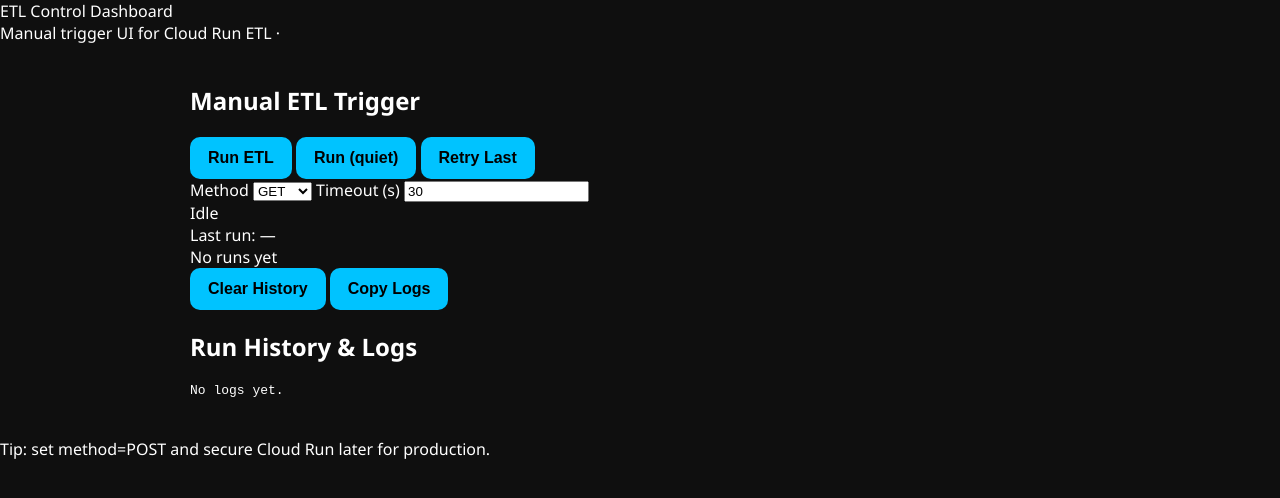
Repository: kbruhadesh/etl_files
Page: public/index.html
An editor plug-in stored every save of this project. The page is shown before and after the next save, followed by the edit.
The browser window is 1280 px wide. The pictures show the whole page.

Above is the page before, as saved 2025-11-25 01:06:20.
Console error: TypeError: Cannot read properties of null (reading 'addEventListener')

After the next save:
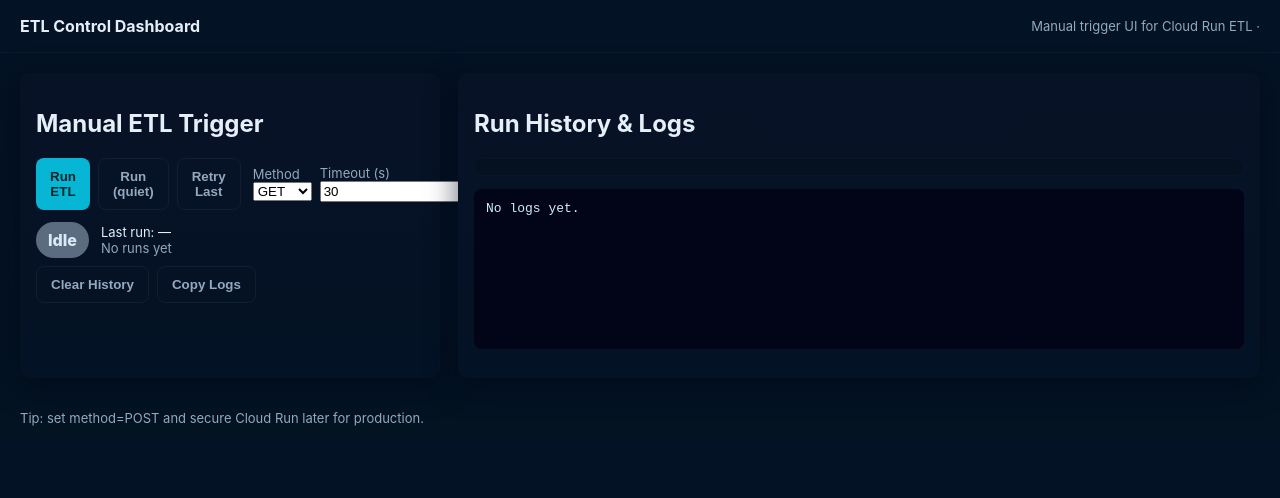
Saved 9 s later.
--- a/public/style.css
+++ b/public/style.css
@@ -1,71 +1,31 @@
-body {
-  margin: 0;
-  background: #0f0f0f;
-  font-family: "Segoe UI", sans-serif;
-  color: #fff;
+:root{
+  --bg:#071022; --card:#081226; --muted:#94a8bf; --accent:#06b6d4;
+  --ok:#0c934f; --fail:#aa2230; --wait:#5b6b80;
+  font-family: Inter, system-ui, -apple-system, "Segoe UI", Roboto, Arial;
 }
-
-/* NAVBAR */
-.navbar {
-  background: #111;
-  padding: 18px 25px;
-  font-size: 22px;
-  font-weight: 600;
-  box-shadow: 0 2px 10px rgba(0,0,0,0.4);
-}
-
-.container {
-  width: 90%;
-  max-width: 900px;
-  margin: 40px auto;
-}
-
-.card {
-  background: #1b1b1b;
-  padding: 25px;
-  margin-bottom: 25px;
-  border-radius: 12px;
-  box-shadow: 0 0 20px rgba(0,0,0,0.3);
-}
-
-.card h2 {
-  margin-top: 0;
-  color: #00c3ff;
-}
-
-button {
-  padding: 12px 18px;
-  font-size: 16px;
-  font-weight: bold;
-  border: none;
-  border-radius: 10px;
-  background: #00c3ff;
-  cursor: pointer;
-  transition: 0.2s;
-}
-
-button:hover {
-  background: #009dcc;
-}
-
-.status-box {
-  margin-top: 15px;
-  padding: 12px;
-  background: #222;
-  border-radius: 8px;
-  font-size: 14px;
-  border-left: 4px solid #00c3ff;
-}
-
-.logs-card {
-  max-height: 300px;
-  overflow-y: auto;
-}
-
-#logOutput {
-  background: #111;
-  padding: 15px;
-  border-radius: 8px;
-  white-space: pre-wrap;
-  font-size: 14px;
-}
+*{box-sizing:border-box}
+body{margin:0;background:linear-gradient(180deg,#041225 0,#031322 100%);color:#e6eef8}
+.topbar{padding:16px 20px;border-bottom:1px solid rgba(255,255,255,0.03);display:flex;justify-content:space-between;align-items:center}
+.title{font-weight:700}
+.meta{font-size:13px;color:var(--muted)}
+.container{display:grid;grid-template-columns:420px 1fr;gap:18px;padding:20px}
+.panel{background:linear-gradient(180deg,var(--card),#031224);border-radius:10px;padding:16px;box-shadow:0 8px 30px rgba(2,6,23,0.6)}
+.controls{display:flex;justify-content:space-between;align-items:center;gap:12px;margin-bottom:12px}
+.btn{padding:10px 14px;border-radius:8px;border:0;cursor:pointer;font-weight:700}
+.btn.primary{background:var(--accent);color:#012529}
+.btn.ghost{background:transparent;border:1px solid rgba(255,255,255,0.05);color:var(--muted)}
+.left{display:flex;gap:8px}
+.right{display:flex;gap:8px;align-items:center}
+.small{font-size:13px;color:var(--muted)}
+.status-row{display:flex;align-items:center;gap:12px;margin:8px 0}
+.status{padding:8px 12px;border-radius:999px;font-weight:800}
+.status-wait{background:var(--wait);color:#dbeaf8}
+.status-ok{background:var(--ok);color:#e7fbef}
+.status-fail{background:var(--fail);color:#ffdce0}
+.status-info{font-size:13px}
+.log-actions{display:flex;gap:8px;margin-bottom:10px}
+.history{max-height:240px;overflow:auto;border-radius:8px;background:#051021;padding:8px;border:1px solid rgba(255,255,255,0.02);font-family:monospace;margin-bottom:8px}
+.history .item{padding:8px;border-bottom:1px solid rgba(255,255,255,0.02);display:flex;justify-content:space-between;gap:8px;align-items:center}
+.logbox{background:#010517;padding:12px;border-radius:8px;min-height:160px;overflow:auto;color:#cfeff6;font-family:monospace;font-size:13px}
+.footer{padding:12px 20px;color:var(--muted);font-size:13px}
+.muted{color:var(--muted);font-size:13px}
